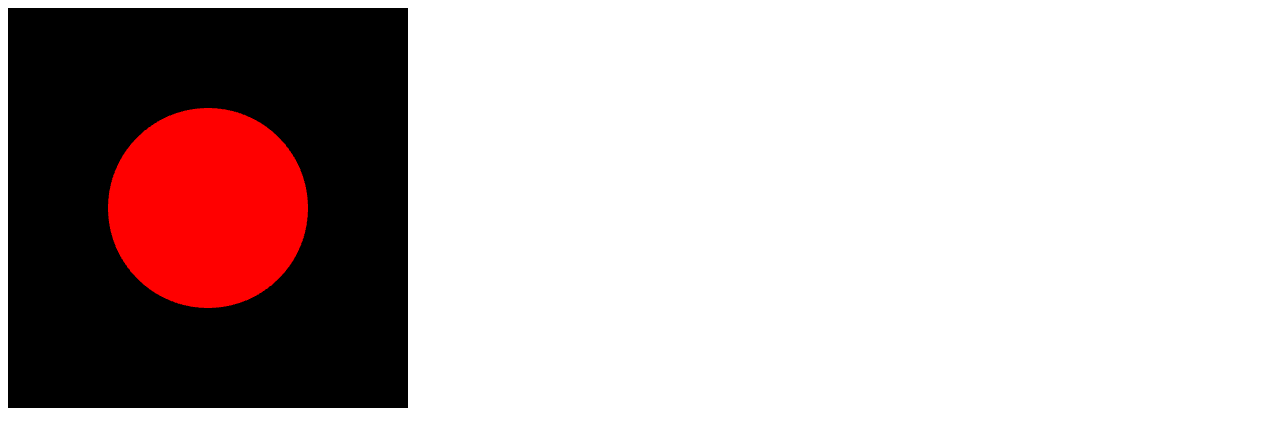
Repository: ChristeZeng/ComputerGraphics
Page: Lab2/Test.html
These files come from the project's save history. The page is drawn as it stood at one moment and after the next save; the edit follows.
The browser window is 1280 px wide. The pictures show the whole page.

Above is the page before, as saved 2021-10-02 16:48:34.

After the next save:
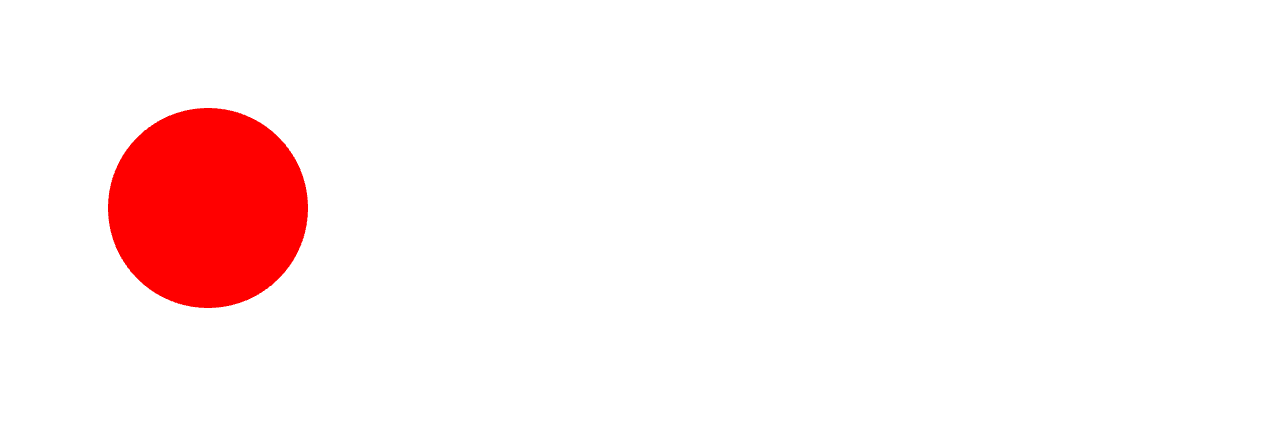
Saved 8 s later.
--- a/Lab2/Test.js
+++ b/Lab2/Test.js
@@ -103,7 +103,7 @@
 function drawBasic(gl, buffers, position, shaderProgram)
 {
     //将背景重置为黑色
-    gl.clearColor(0.0, 0.0, 0.0, 1.0);
+    gl.clearColor(1.0, 1.0, 1.0, 1.0);
     //清除canvas
     gl.clear(gl.COLOR_BUFFER_BIT);
 
